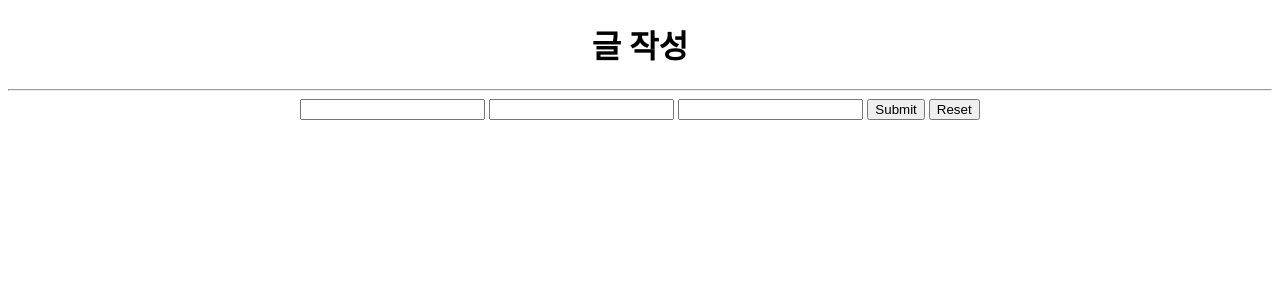
Repository: pypygeek/java_playground
Page: http://localhost/bb/wirte_form.jsp
An editor plug-in stored every save of this project. The page is shown before and after the next save, followed by the edit.
The browser window is 1280 px wide. The pictures show the whole page.
The page is served by Tomcat 9.

Above is the page before, as saved 2022-01-26 01:53:29.

After the next save:
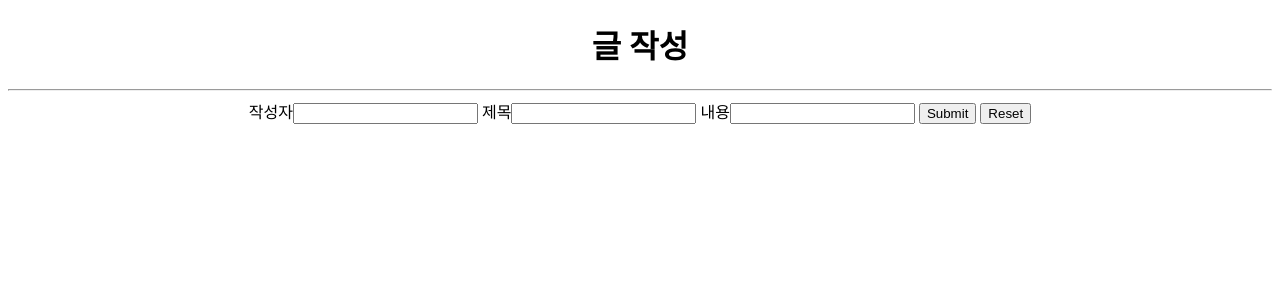
Saved 57 s later.
--- a/jsp-playground/bitbit/bb/src/main/webapp/wirte_form.jsp
+++ b/jsp-playground/bitbit/bb/src/main/webapp/wirte_form.jsp
@@ -9,9 +9,9 @@
 <body>
     <form action="list.jsp" method="post">
         <center><h1>글 작성</h1><hr>
-        <tr><td></td><td><input type="text" name="bName"></td></tr>
-        <tr><td></td><td><input type="text" name="bTitle"></td></tr>
-        <tr><td></td><td><input type="text" name="bContent"></td></tr>
+        <tr>작성자<td></td><td><input type="text" name="bName"></td></tr>
+        <tr>제목<td></td><td><input type="text" name="bTitle"></td></tr>
+        <tr>내용<td></td><td><input type="text" name="bContent"></td></tr>
         <input type="submit" name="전송">
         <input type="reset" name="취소">
         </center>
